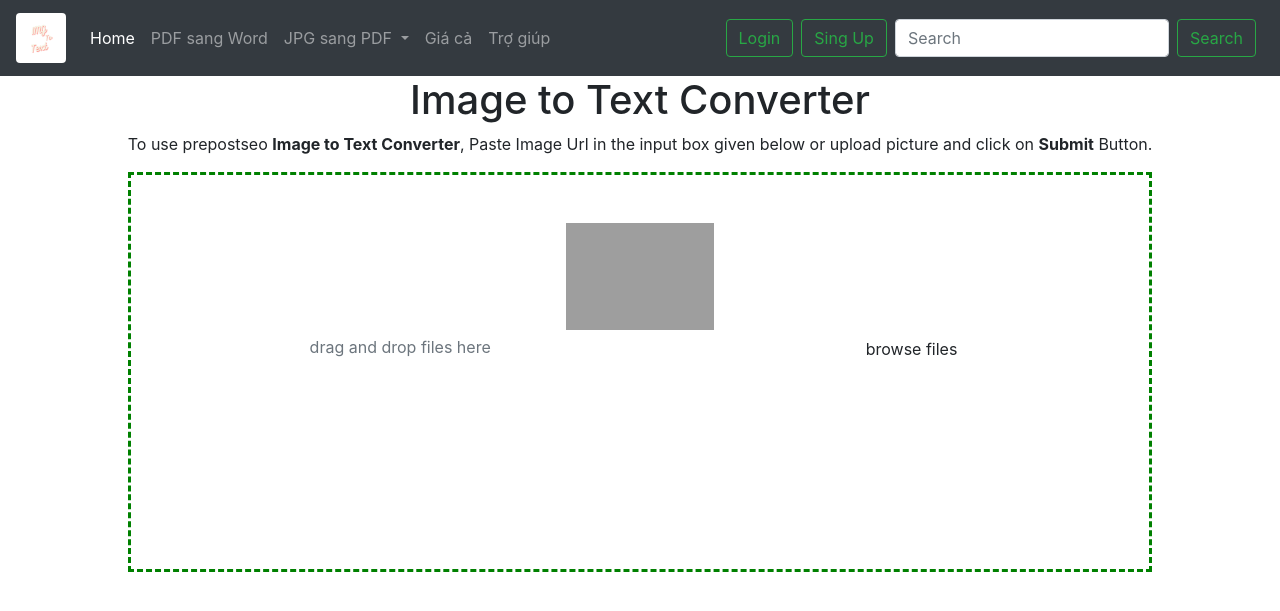
Repository: Tung1227/PBL6-2022
Page: index.html
The author's editor kept a copy of each file at every save. The page is drawn from the files as they stood at one save, then again after the next save.
The browser window is 1280 px wide. The pictures show the whole page.
Pictures or frames that could not be fetched are drawn as grey boxes.

Above is the page before, as saved 2022-09-16 21:09:01.

### index.html
<!doctype html>
<html lang="en">

<head>
    <title>Title</title>
    <!-- Required meta tags -->
    <meta charset="utf-8">
    <meta name="viewport" content="width=device-width, initial-scale=1, shrink-to-fit=no">

    <!-- Bootstrap CSS -->
    <link rel="stylesheet" href="https://stackpath.bootstrapcdn.com/bootstrap/4.3.1/css/bootstrap.min.css"
        integrity="sha384-ggOyR0iXCbMQv3Xipma34MD+dH/1fQ784/j6cY/iJTQUOhcWr7x9JvoRxT2MZw1T" crossorigin="anonymous">
    <link rel="stylesheet" href="public/css/index.css">
</head>

<body>
    <nav class="navbar navbar-expand-lg navbar-dark bg-dark">
        <a class="navbar-brand" href="#">
            <img class="rounded" src="public/img/logo.png" width="50" height="50" alt="">
        </a>
        <button class="navbar-toggler" type="button" data-toggle="collapse" data-target="#navbarSupportedContent"
            aria-controls="navbarSupportedContent" aria-expanded="false" aria-label="Toggle navigation">
            <span class="navbar-toggler-icon"></span>
        </button>

        <div class="collapse navbar-collapse" id="navbarSupportedContent">
            <ul class="navbar-nav mr-auto">
                <li class="nav-item active">
                    <a class="nav-link" href="#">Home <span class="sr-only">(current)</span></a>
                </li>
                <li class="nav-item">
                    <a class="nav-link" href="#">PDF sang Word</a>
                </li>
                <li class="nav-item dropdown">
                    <a class="nav-link dropdown-toggle" href="#" id="navbarDropdown" role="button"
                        data-toggle="dropdown" aria-haspopup="true" aria-expanded="false">
                        JPG sang PDF
                    </a>
                    <div class="dropdown-menu" aria-labelledby="navbarDropdown">
                        <a class="dropdown-item" href="#">Action</a>
                        <a class="dropdown-item" href="#">Another action</a>
                        <div class="dropdown-divider"></div>
                        <a class="dropdown-item" href="#">Something else here</a>
                    </div>
                </li>
                <li class="nav-item">
                    <a class="nav-link" href="#">Giá cả</a>
                </li>
                <li class="nav-item">
                    <a class="nav-link" href="#">Trợ giúp</a>
                </li>
            </ul>
            <form class="form-inline my-2 my-lg-0 ">
                <button class="btn btn-outline-success my-2 my-sm-0 mr-sm-2" type="submit">Login</button>
                <button class="btn btn-outline-success my-2 my-sm-0 mr-sm-2" type="submit">Sing Up</button>
                <input class="form-control mr-sm-2" type="search" placeholder="Search" aria-label="Search">
                <button class="btn btn-outline-success my-2 my-sm-0 mr-sm-2" type="submit">Search</button>
            </form>
        </div>
    </nav>
    <div class="container d-flex justify-content-center mt-100">
        <div class="row">
            <div class="col-xs-1-12 text-center">
                <h1 class="">Image to Text Converter</h1>
                <p class="text16">To use prepostseo <strong>Image to Text Converter</strong>, Paste Image Url in the
                    input
                    box given below or upload picture and click on <strong>Submit</strong> Button.</p>
                <div class="file-drop-area">
                    <div class="pt-5">
                        <span class="svg_block">
                            <img src="https://www.prepostseo.com/imgs/upload-icon.png" width="148" height="107"
                                alt="uploader">
                        </span>
                    </div>
                    <!-- <span class="choose-file-button">Choose files</span> -->
                    <span class="file-message text-secondary">drag and drop files here</span>
                    <input class="file-input" type="file" multiple>
                    <button type="button" class="btn btn-md" id="uploadBtn"> <span data-title="Upload Image"><i
                                class="fa fa-plus"></i> &nbsp;&nbsp;browse files</span></button>
                </div>
            </div>
        </div>
    </div>
    <!-- Optional JavaScript -->
    <!-- jQuery first, then Popper.js, then Bootstrap JS -->
    <script src="https://code.jquery.com/jquery-3.3.1.slim.min.js"
        integrity="sha384-q8i/X+965DzO0rT7abK41JStQIAqVgRVzpbzo5smXKp4YfRvH+8abtTE1Pi6jizo"
        crossorigin="anonymous"></script>
    <script src="https://cdnjs.cloudflare.com/ajax/libs/popper.js/1.14.7/umd/popper.min.js"
        integrity="sha384-UO2eT0CpHqdSJQ6hJty5KVphtPhzWj9WO1clHTMGa3JDZwrnQq4sF86dIHNDz0W1"
        crossorigin="anonymous"></script>
    <script src="https://stackpath.bootstrapcdn.com/bootstrap/4.3.1/js/bootstrap.min.js"
        integrity="sha384-JjSmVgyd0p3pXB1rRibZUAYoIIy6OrQ6VrjIEaFf/nJGzIxFDsf4x0xIM+B07jRM"
        crossorigin="anonymous"></script>
</body>

</html>

### public/css/index.css
* {
    padding: 0px;
    margin: 0px;
}

.file-drop-area {
    border: dashed green;
    height: 400px;
}

.file-input {
    cursor: pointer;
    opacity: 0;
}

.choose-file-button {
    flex-shrink: 0;
    background-color: rgba(255, 255, 255, 0.04);
    border: 1px solid rgba(255, 255, 255, 0.1);
    border-radius: 3px;
    padding: 8px 15px;
    margin-right: 10px;
    font-size: 12px;
    text-transform: uppercase;
}
.file-message{

}

After the next save:
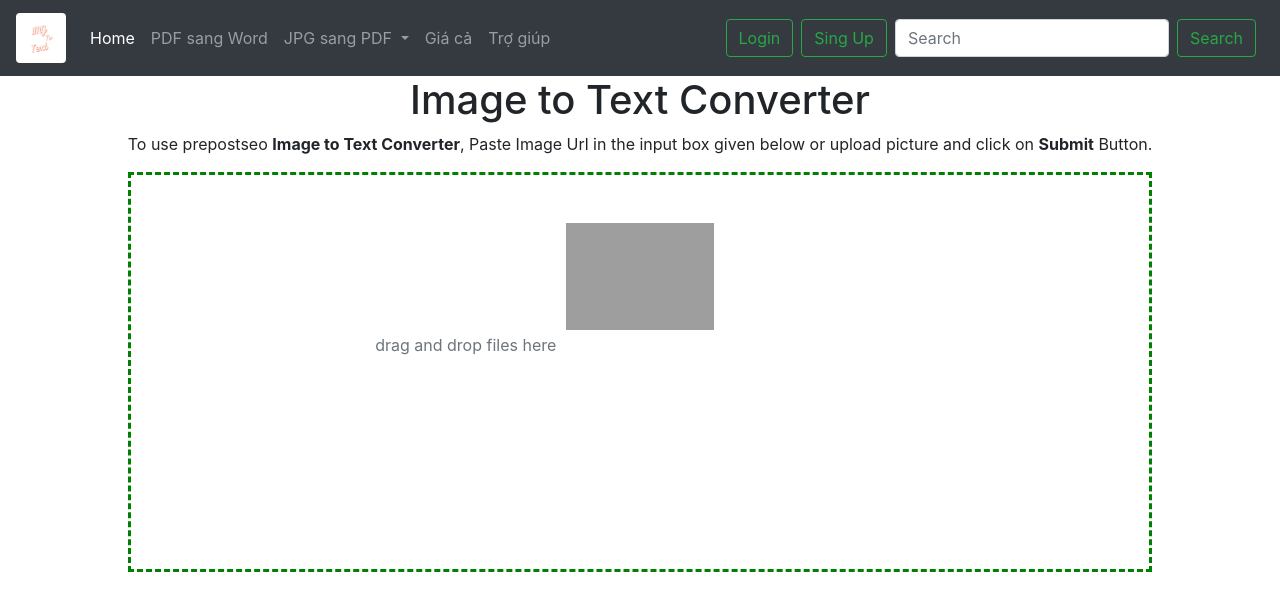
Saved 16 s later.
--- a/index.html
+++ b/index.html
@@ -75,8 +75,8 @@
                     <!-- <span class="choose-file-button">Choose files</span> -->
                     <span class="file-message text-secondary">drag and drop files here</span>
                     <input class="file-input" type="file" multiple>
-                    <button type="button" class="btn btn-md" id="uploadBtn"> <span data-title="Upload Image"><i
-                                class="fa fa-plus"></i> &nbsp;&nbsp;browse files</span></button>
+                    <!-- <button type="button" class="btn btn-md" id="uploadBtn"> <span data-title="Upload Image"><i
+                                class="fa fa-plus"></i> &nbsp;&nbsp;browse files</span></button> -->
                 </div>
             </div>
         </div>
